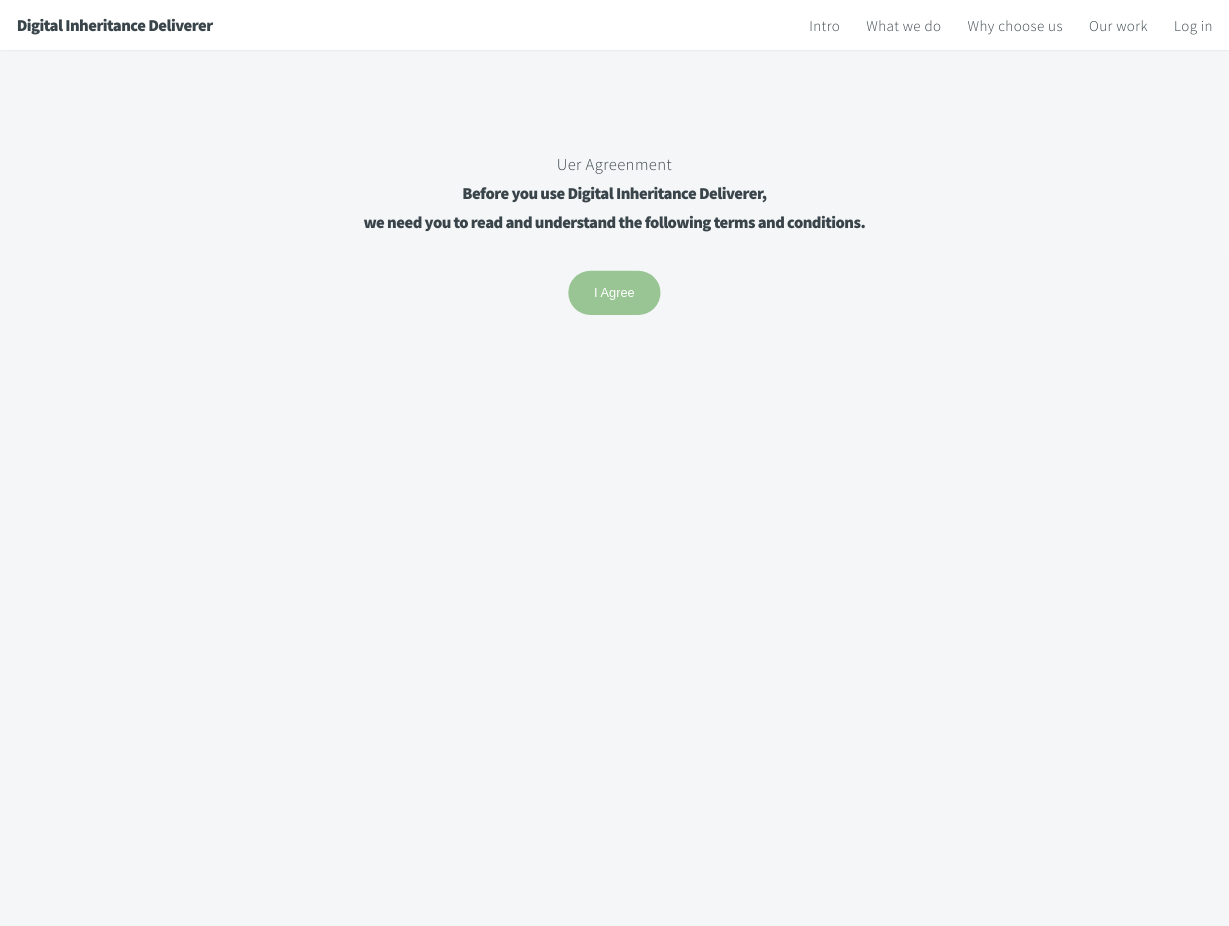
Repository: 1mocat/DID-blockchain-project
Page: Digital_I_D/app/src/UserAgreement.html
The author's editor kept a copy of each file at every save. The page is drawn from the files as they stood at one save, then again after a run of saves.
The browser window is 1280 px wide. The pictures show the whole page, at 96% of full size.

Above is the page before, as saved 2023-09-26 22:02:16.

### Digital_I_D/app/src/UserAgreement.html
<!DOCTYPE HTML>
<html>
	<head>
		<title>Digital Inheritance Deliverer</title>
		<meta charset="utf-8" />
		<meta name="viewport" content="width=device-width, initial-scale=1, user-scalable=no" />
		<link rel="stylesheet" href="assets_index/css/main.css" />
		<noscript><link rel="stylesheet" href="assets_index/css/noscript.css" /></noscript>
	</head>
	<body class="is-preload">

		<!-- Header -->
			<header id="header">
				<h1>Digital Inheritance Deliverer</h1>
				<nav>
					<ul>
						<li><a href="#intro">Intro</a></li>
						<li><a href="#one">What we do</a></li>
						<li><a href="#two">Why choose us</a></li>
						<li><a href="#work">Our work</a></li>
						<li><a href="#contact">Log in</a></li>
					</ul>
				</nav>
			</header>

		<!-- Contact -->
			<section id="contact" class="main style3 secondary">
				<div class="content">
					<header>
						<h>Uer Agreenment</h>
						<h3>Before you use Digital Inheritance Deliverer,<br> we need you to read and understand the following terms and conditions.</h3>
					</header>

					<a href="UserAgreement.html">
                        <button>I Agree</button>
                    </a>
					<br>
					<br>
					<br>
					<br>
					<br>
					<br>
					<br>
					<br>
					<br>
					<br>
					<br>
                    <br>
					<br>
					<br>
					<br>
					<br>
					<br>
					<br>
					<br>
					<br>
					<br>
					<br>
				</div>
			</section>

		<!-- Scripts -->
			<script src="assets_index/js/jquery.min.js"></script>
			<script src="assets_index/js/jquery.poptrox.min.js"></script>
			<script src="assets_index/js/jquery.scrolly.min.js"></script>
			<script src="assets_index/js/jquery.scrollex.min.js"></script>
			<script src="assets_index/js/browser.min.js"></script>
			<script src="assets_index/js/breakpoints.min.js"></script>
			<script src="assets_index/js/util.js"></script>
			<script src="assets_index/js/main.js"></script>

	</body>
</html>

Loaded but not shown: Digital_I_D/app/src/assets_index/js/jquery.min.js (library); Digital_I_D/app/src/assets_index/js/jquery.poptrox.min.js (library); Digital_I_D/app/src/assets_index/js/jquery.scrolly.min.js (common file); Digital_I_D/app/src/assets_index/js/jquery.scrollex.min.js (common file); Digital_I_D/app/src/assets_index/js/browser.min.js (common file); Digital_I_D/app/src/assets_index/js/breakpoints.min.js (common file); Digital_I_D/app/src/assets_index/css/fontawesome-all.min.css (library); Digital_I_D/app/src/assets_index/js/util.js (587 lines, source omitted); Digital_I_D/app/src/assets_index/js/main.js (219 lines, source omitted); Digital_I_D/app/src/assets_index/css/main.css (2312 lines, source omitted)

After the next 2 saves:
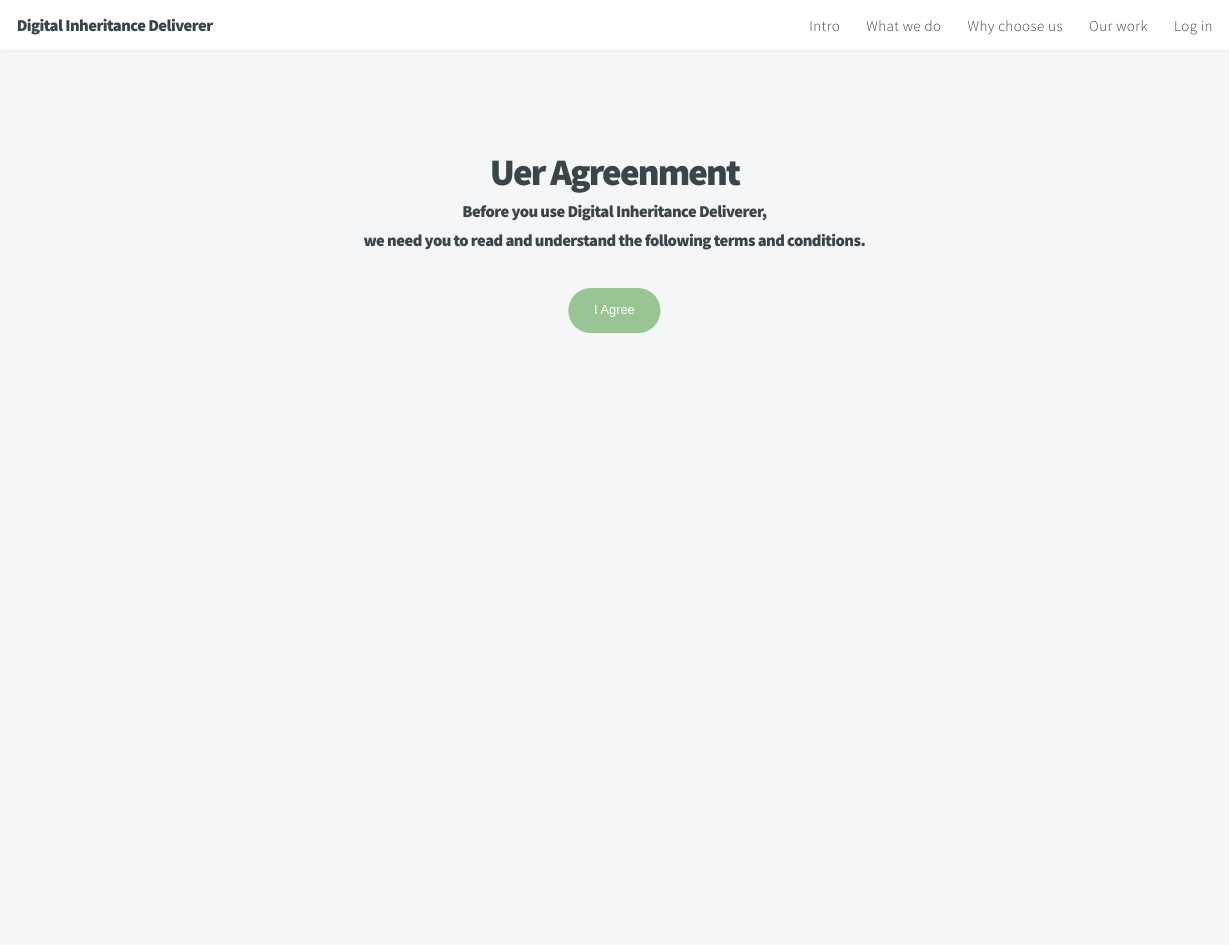
The 2 saves are shown as one change because they came seconds apart.
The last was saved 7 s later.
--- a/Digital_I_D/app/src/UserAgreement.html
+++ b/Digital_I_D/app/src/UserAgreement.html
@@ -27,7 +27,7 @@
 			<section id="contact" class="main style3 secondary">
 				<div class="content">
 					<header>
-						<h>Uer Agreenment</h>
+						<h2>Uer Agreenment</h2>
 						<h3>Before you use Digital Inheritance Deliverer,<br> we need you to read and understand the following terms and conditions.</h3>
 					</header>
 
